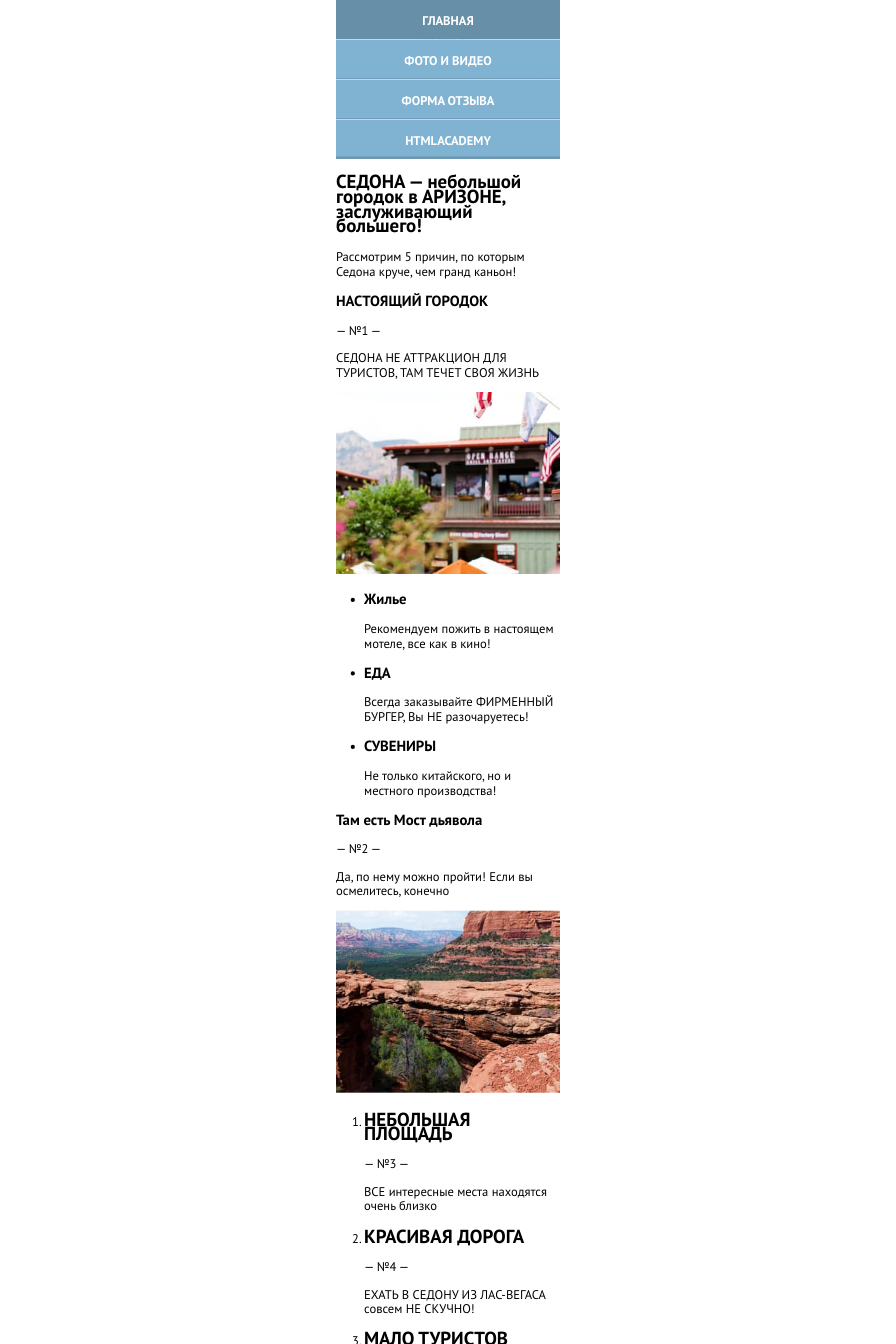
Repository: iKrekus/2149661-sedona-27
Page: source/index.html
The author's editor kept a copy of each file at every save. The page is drawn from the files as they stood at one save, then again after the next save.
The browser window is 1280 px wide. The pictures show the part of the page from y = 0 to 1920 px (the page is 2666 px tall), at 70% of full size.
The style sheet was rebuilt from its Sass, Less or Tailwind sources for each picture, by a compiler version that may differ from the author's.

Above is the page before, as saved 2022-12-03 20:48:07.

### source/index.html
<!DOCTYPE html>
<html class="page" lang="ru">
  <head>
    <meta charset="utf-8">
    <link rel="stylesheet" href="css/style.css">
    <title>HTML Academy: Седона</title>
  </head>
<body class="page__body">
  <header class="main-header">
    <a class="main-header__logo">
      <img src="img/logos/logo.svg" width="185" height="96" alt="Логотип 'Седона'.">
    </a>
    <div class="main-nav">
      <button class="main-nav__toggle" type="button">
        <span class="visually-hidden">Меню</span>
        <svg width="23" height="22" viewBox="0 0 23 22" fill="none" xmlns="http://www.w3.org/2000/svg"><path d="M22.9 0H0v4h22.9V0ZM22.9 9H0v4h22.9V9ZM22.9 18H0v4h22.9v-4Z" fill="#81B3D2"/></svg>
      </button>
      <nav class="main-nav__wrapper main-nav__wrapper--hidden">
        <a class="main-nav__item main-nav__item--current" href="index.html">
          Главная
        </a>
        <a class="main-nav__item" href="catalog.html">
          Фото и видео
        </a>
        <a class="main-nav__item" href="form.html">
          Форма отзыва
        </a>
        <a class="main-nav__item" href="https://htmlacademy.ru/">
          HTMLACADEMY
        </a>
      </nav>
    </div>
  </header>
  <main class="main-container">
    <h1 class="visually-hidden">Поиск гостиниц в Седоне</h1>
    <div class="hero-wrapper">
      <section class="hero-block">
        <h2 class="hero-block__title">
          СЕДОНА — небольшой городок в АРИЗОНЕ, заслуживающий большего!
        </h2>
        <p class="hero-block__description">
          Рассмотрим 5 причин, по которым Седона круче, чем гранд каньон!
        </p>
      </section>
    </div>
    <section class="features">
        <h3 class="features__features-title">
          НАСТОЯЩИЙ ГОРОДОК
        </h3>
        <p class="features__features-divider">
          <!--Далее будет сделан через псевдоэлемент Или потом будет выводится, как номер пункта в списке, если переделать features в список-->
          — №1 —
        </p>
        <p class="features__features-title">
          СЕДОНА НЕ АТТРАКЦИОН ДЛЯ ТУРИСТОВ, ТАМ ТЕЧЕТ СВОЯ ЖИЗНЬ
        </p>
      <img src="img/photo/sedona-town-mobile.jpg" alt="Фото Города." width="320" height="260">
    </section>
    <section class="advantages">
      <ul class="advantages__list advantages__list--no-number">
        <li class="advantages__item">
          <h3 class="advantages__title">
            Жилье
          </h3>
          <p class="advantages__description">
            Рекомендуем пожить в настоящем мотеле, все как в кино!
          </p>
        </li>
        <li class="advantages__item">
          <h3 class="advantages__title">
            ЕДА
          </h3>
          <p class="advantages__description">
            Всегда заказывайте ФИРМЕННЫЙ БУРГЕР, Вы НЕ разочаруетесь!
          </p>
        </li>
        <li class="advantages__item">
          <h3 class="advantages__title">
            СУВЕНИРЫ
          </h3>
          <p class="advantages__description">
            Не только китайского, но и местного производства!
          </p>
        </li>
      </ul>
    </section>
    <section class="features">
        <h3 class="features__features-title">
          Там есть Мост дьявола
        </h3>
        <p class="features__features-divider">
          <!--Далее будет сделан через псевдоэлемент Или потом будет выводится, как номер пункта в списке, если переделать features в список-->
          — №2 —
        </p>
        <p class="features__features-title">
          Да, по нему можно пройти! Если вы осмелитесь, конечно
        </p>
      <img src="img/photo/devil-gridge-mobile.jpg" alt="Фото - 'Мост дьявола'." width="320" height="260">
    </section>
    <section class="advantages">
      <ol class="advantages__list">
        <li class="advantages__item">
          <h2 class="advantages__title">
            НЕБОЛЬШАЯ ПЛОЩАДЬ
          </h2>
          <p class="advantages__advantages-divider">
            <!--Далее будет сделан через псевдоэлемент Или потом будет выводится, как номер пункта в списке, если переделать features в список-->
            — №3 —
          </p>
          <p class="advantages__description">
            ВСЕ интересные места находятся очень близко
          </p>
        </li>
        <li class="advantages__item">
          <h2 class="advantages__title">
            КРАСИВАЯ ДОРОГА
          </h2>
          <p class="advantages__advantages-divider">
            <!--Далее будет сделан через псевдоэлемент Или потом будет выводится, как номер пункта в списке, если переделать features в список-->
            — №4 —
          </p>
          <p class="advantages__description">
            ЕХАТЬ В СЕДОНУ ИЗ ЛАС-ВЕГАСА совсем НЕ СКУЧНО!
          </p>
        </li>
        <li class="advantages__item">
          <h2 class="advantages__title">
            МАЛО ТУРИСТОВ
          </h2>
          <p class="advantages__advantages-divider">
            <!--Далее будет сделан через псевдоэлемент Или потом будет выводится, как номер пункта в списке, если переделать features в список-->
            — №5 —
          </p>
          <p class="advantages__description">
            Большинство едет в гранд каньони толпится там
          </p>
        </li>
      </ol>
    </section>
    <section class="action-form">
      <h2 class="action-form__title">Заинтересовались?</h2>
      <p class="action-form__description">Укажите предполагаемые даты поездки,<br>и мы покажем вам лучшие предложения гостиниц в Седоне</p>
      <a class="action-form__link button button-serch" href="#">Поиск гостиницы в седоне</a>
    </section>
    <div class="search-map">
      <img src="img/photo/map-mobile.jpg" alt="Карта." width="320" height="350">
    </div>
  </main>
  <footer class="main-footer">
    <p class="main-footer__title">
      #visitSEDONA
    </p>
      <div class="main-footer__social">
          <a class="main-footer__link button" href="https://vk.com/htmlacademy">
              <span class="visually-hidden">Вконтакте</span>
              <svg aria-hidden="true" focusable="false" width="24" height="14" fill="none" xmlns="http://www.w3.org/2000/svg">
                <path fill-rule="evenodd" clip-rule="evenodd" d="M24.116 1.804c.166-.546 0-.948-.795-.948h-2.625c-.668 0-.976.347-1.143.73 0 0-1.335 3.196-3.226 5.272-.612.602-.89.793-1.224.793-.167 0-.418-.19-.418-.738V1.804c0-.656-.184-.948-.74-.948H9.817c-.417
              0-.668.304-.668.593 0 .621.946.765 1.043 2.513V7.76c0 .833-.153.984-.487.984-.89 0-3.055-3.21-4.34-6.885-.249-.715-.5-1.003-1.172-1.003H1.566c-.75 0-.9.347-.9.73 0 .682.89 4.07 4.145 8.551 2.17 3.06 5.225 4.72 8.008 4.72 1.67 0 1.875-.369
              1.875-1.004V11.54c0-.737.158-.884.687-.884.39 0 1.057.192 2.615 1.667 1.78 1.75 2.073 2.533 3.075 2.533h2.625c.75 0 1.126-.368.91-1.096-.238-.724-1.088-1.775-2.215-3.022-.612-.71-1.53-1.475-1.809-1.858-.389-.49-.278-.71 0-1.147 0 0 3.2-4.426
              3.533-5.929h.001Z" fill="#83B3D3"/>
              </svg>
          </a>
          <a class="main-footer__link button" href="https://t.me/htmlacademy">
              <span class="visually-hidden">Телеграмм</span>
              <svg aria-hidden="true" focusable="false" width="18" height="16" fill="none" xmlns="http://www.w3.org/2000/svg">
                <path d="M16.79.96.84 7.1c-1.09.44-1.08 1.05-.2 1.32l4.1 1.28 9.47-5.98c.44-.27.85-.13.52.17l-7.68 6.93-.28 4.22c.41 0 .6-.2.83-.41l1.99-1.94 4.13 3.06c.77.42 1.31.2 1.5-.71l2.72-12.8c.28-1.1-.43-1.61-1.16-1.28Z" fill="#83B3D3"/>
              </svg>
          </a>
          <a class="main-footer__link button" href="https://www.youtube.com/user/htmlacademyru">
              <span class="visually-hidden">Youtube</span>
              <svg aria-hidden="true" focusable="false" width="22" height="17" fill="none" xmlns="http://www.w3.org/2000/svg">
                <path d="M18.94.356H3.507C1.647.356.333 1.95.333 3.756V13.85c0 1.913 1.314 3.506 3.174 3.506H19.16c1.642 0 3.174-1.593 3.174-3.4v-10.2c-.219-1.806-1.532-3.4-3.393-3.4ZM7.995 12.894V4.819l7.333 4.037-7.333 4.038Z" fill="#83B3D3"/>
              </svg>
          </a>
      </div>
      <div class="copyrirht-footer-wrapper">
        <div class="copyrirht-footer">
          <a class="copyrirht-footer__link" href="https://htmlacademy.ru/">
            <span class="copyrirht-footer__description">Разарботанно</span>
            <span class="visually-hidden">HTML Academy</span>
            <svg xmlns="http://www.w3.org/2000/svg" viewBox="0 0 60 60" width="27" height="34"><path fill="#000000" d="M30.2 5h-.2l-19.7 2.1v36.2l19.7 11.7 19.7-11.7v-36.2l-19.5-2.1zm17 36.8l-17.2 10.2-17.2-10.2v-14.8l17.1 10.2v1.8l-11.7-7v1.8l11.8 7.1v1.9l-11.8-7v1.8l11.8 7 11.9-7.1v-7.6l5.3-3.2v15.1zm-.1-17l-4.7 2.8-2.2 1.3-10.3-6.1v1.8l8.8 5.3h-.1l-.2.1-1.3.7-7.3-4.3v1.8l5.8 3.4-1.4.9-4.3-2.6v1.8l2.9 1.7-2.9 1.7-17-10.1 17-10.2 17.2 10zm.1-1.8l-17.3-10.2-17.1 10.2v-13.6l17.2-1.8 17.2 1.8v13.6z"/></svg>
          </a>
        </div>
      </div>
  </footer>
</body>
</html>

### source/sass/style.scss
// Начните писать стили здесь
@use "./blocks/header/main-header.scss";
@use "./blocks/header/main-container.scss";
@use "./blocks/header/main-nav.scss";

@font-face {
  font-family: "PT sans";
  src: url("../fonts/ptsans.woff") format("woof"), url("../fonts/ptsans.woff2") format("woff2");
  font-style: normal;
  font-weight: 400;
  font-display: swap;
}

@font-face {
  font-family: "PT sans";
  src: url("../fonts/ptsansbold.woff") format("woof"), url("../fonts/ptsansbold.woff2") format("woff2");
  font-style: normal;
  font-weight: 700;
  font-display: swap;
}

/* .page__body */
body {
  font-family: "PT Sans", sans-serif;
  font-size: 18px;
  font-style: normal;
  font-weight: 400;
  line-height: 21px;
  display: -webkit-box;
  display: -ms-flexbox;
  display: flex;
  -webkit-box-orient: vertical;
  -webkit-box-direction: normal;
  -ms-flex-direction: column;
  flex-direction: column;
  min-height: 100%;
  width: 320px;
  margin: 0 auto;
}

.visually-hidden {
  position: absolute;
  width: 1px;
  height: 1px;
  margin: -1px;
  border: 0;
  padding: 0;
  white-space: nowrap;
  clip-path: inset(100%);
  clip: rect(0 0 0 0);
  overflow: hidden;
}

### source/sass/blocks/header/main-header.scss
.main-header {
  background-color: #ffffff;
  position: relative;
}

.main-header__logo {
  position: absolute;
  z-index: 1;
  left: 50%;
  transform: translateX(-50%);
}

/* .main-header__menu {
  width: 100%;
  min-height: 56px;
} */

### source/sass/blocks/header/main-nav.scss
.main-nav {
  /* width: 100%; */
  min-height: 56px;
  /* padding: 0 20px; */
  display: flex;
  justify-content: center;
  align-items: center;
  position: relative;
}

.main-nav__wrapper {
  display: flex;
  flex-direction: column;
  justify-content: center;
  /* align-items: center; */
  width: 100%;

}

/* .main-nav__wrapper--hidden {
  display: none;
} */

.main-nav__toggle {
  position: absolute;
  right: 20px;
  top: 50%;
  transform: translateY(-50%);
  background: none;
  border: none;
  padding: 0;
  margin: 0;

  /* &:hover + .main-nav__wrapper, */
  &--is-active + .main-nav__wrapper {
    display: block;
  }
}

.main-nav__item {
  text-align: center;
  text-decoration: none;
  padding: 17px 20px 12px;
  box-sizing: border-box;
  font-weight: 700;
  font-size: 18px;
  line-height: 26px;
  text-transform: uppercase;
  color: #ffffff;
  border-bottom: 1px solid #678fa8;
  background-color: #80b2d1;
  z-index: 2;

  &--current {
    background-color: #678fa8;
  }
}

.main-nav__item:not(:first-child) {
  border-top: 1px solid #e7e5e5;
}

.main-nav__item:last-child {
  box-shadow: inset 0 -5px 5px -6px #000000;
}

Loaded but not shown: source/sass/blocks/header/main-container.scss (no stored copy; drawn as an empty file)

After the next save:
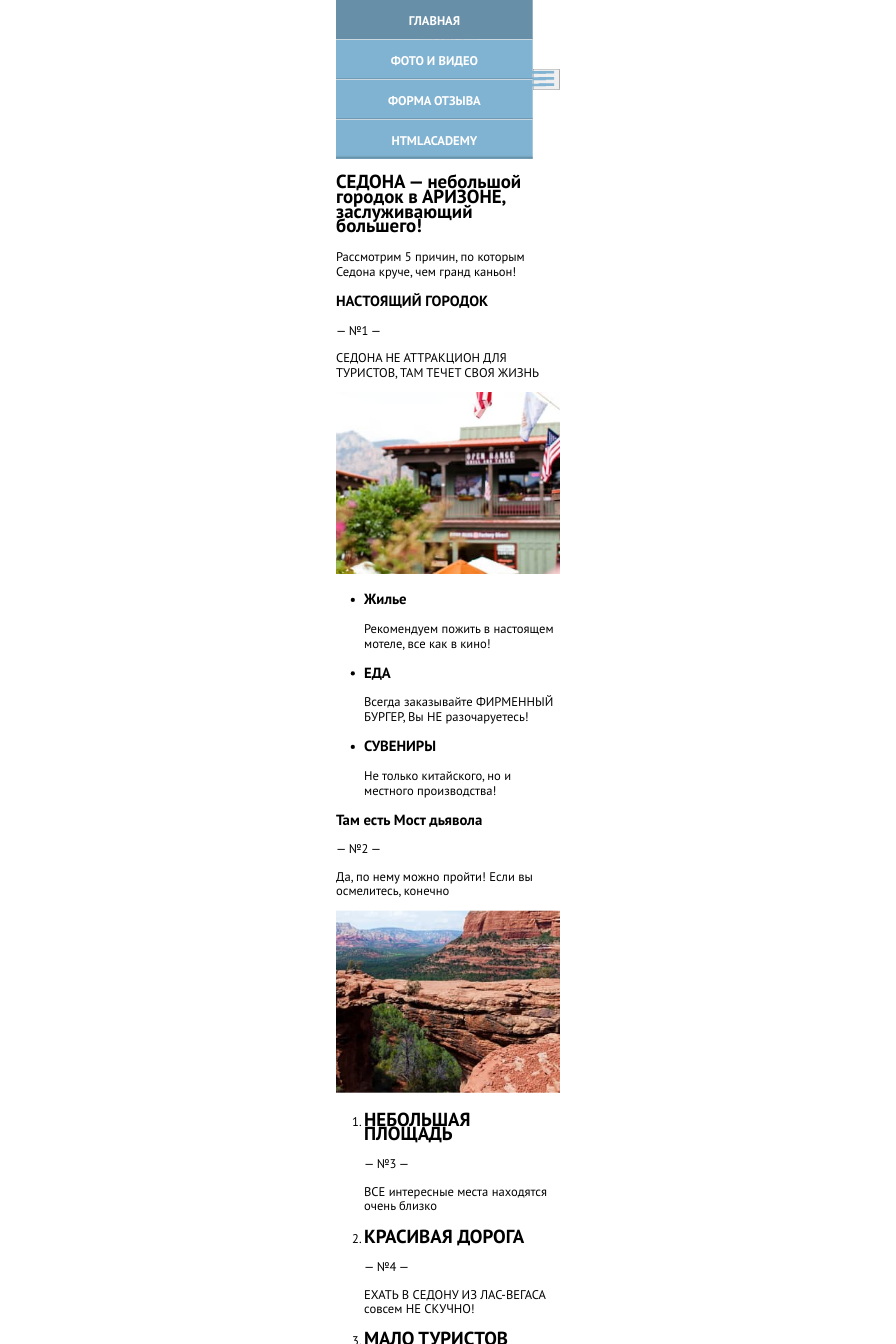
Saved 90 s later.
--- a/source/index.html
+++ b/source/index.html
@@ -29,6 +29,10 @@
           HTMLACADEMY
         </a>
       </nav>
+      <button class="main-nav__toggle--close" type="button">
+        <span class="visually-hidden">Закрыть</span>
+        <svg width="23" height="22" viewBox="0 0 23 22" fill="none" xmlns="http://www.w3.org/2000/svg"><path d="M22.9 0H0v4h22.9V0ZM22.9 9H0v4h22.9V9ZM22.9 18H0v4h22.9v-4Z" fill="#81B3D2"/></svg>
+      </button>
     </div>
   </header>
   <main class="main-container">

After the save that followed:
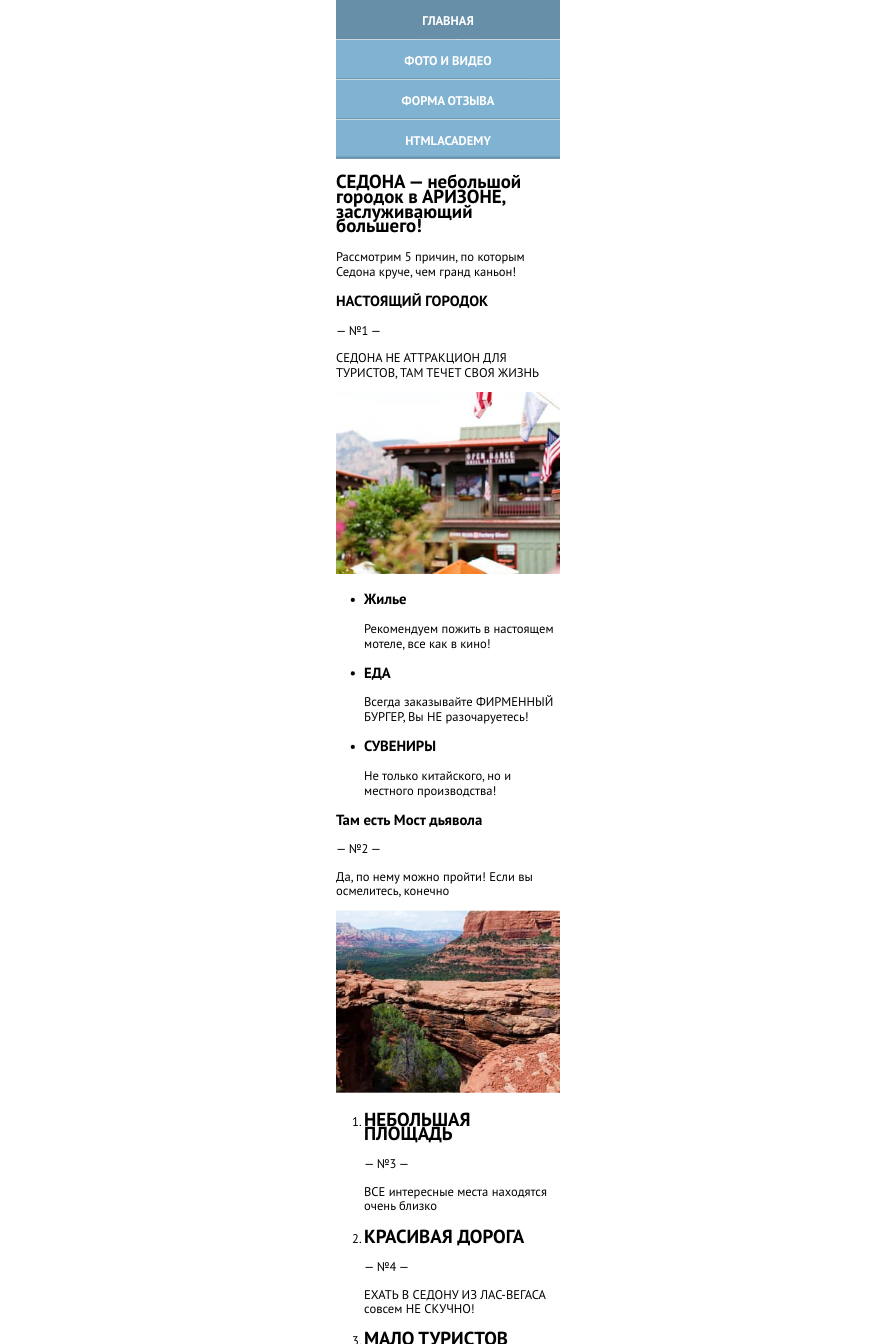
Saved 4 min 6 s later.
--- a/source/sass/blocks/header/main-nav.scss
+++ b/source/sass/blocks/header/main-nav.scss
@@ -21,7 +21,8 @@
   display: none;
 } */
 
-.main-nav__toggle {
+.main-nav__toggle,
+.main-nav__toggle--close {
   position: absolute;
   right: 20px;
   top: 50%;
